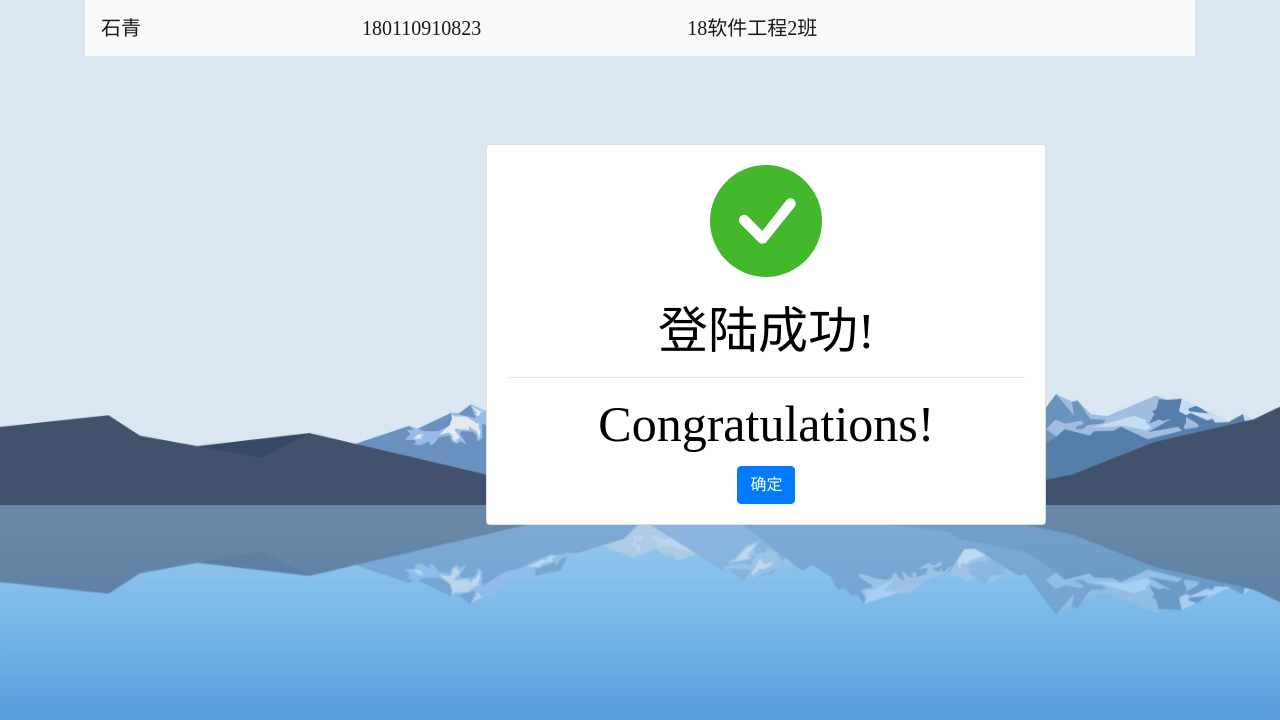
Repository: sqsssq/JavaWeb
Page: class1/IDEA/web/successful.html
An editor plug-in stored every save of this project. The page is shown before and after the next save, followed by the edit.
The browser window is 1280 px wide. The pictures show the whole page.

Above is the page before, as saved 2020-09-25 01:04:32.

### class1/IDEA/web/successful.html
<!--
 * @Author: your name
 * @Date: 2020-09-23 10:46:47
 * @LastEditTime: 2020-09-25 00:50:31
 * @LastEditors: Please set LastEditors
 * @Description: In User Settings Edit
 * @FilePath: \IDEA\web\successful.html
-->
<!DOCTYPE html>
<html lang="en">

<head>
    <meta charset="UTF-8">
    <meta name="viewport" content="width=device-width, initial-scale=1, shrink-to-fit=no">
    <link rel="stylesheet" href="https://cdn.jsdelivr.net/npm/bootstrap@4.5.0/dist/css/bootstrap.min.css"
        integrity="sha384-9aIt2nRpC12Uk9gS9baDl411NQApFmC26EwAOH8WgZl5MYYxFfc+NcPb1dKGj7Sk" crossorigin="anonymous">
    <script src="https://cdn.jsdelivr.net/npm/jquery@3.5.1/dist/jquery.slim.min.js"
        integrity="sha384-DfXdz2htPH0lsSSs5nCTpuj/zy4C+OGpamoFVy38MVBnE+IbbVYUew+OrCXaRkfj" crossorigin="anonymous">
    </script>
    <script src="https://cdn.jsdelivr.net/npm/popper.js@1.16.0/dist/umd/popper.min.js"
        integrity="sha384-Q6E9RHvbIyZFJoft+2mJbHaEWldlvI9IOYy5n3zV9zzTtmI3UksdQRVvoxMfooAo" crossorigin="anonymous">
    </script>
    <script src="https://cdn.jsdelivr.net/npm/bootstrap@4.5.0/dist/js/bootstrap.min.js"
        integrity="sha384-OgVRvuATP1z7JjHLkuOU7Xw704+h835Lr+6QL9UvYjZE3Ipu6Tp75j7Bh/kR0JKI" crossorigin="anonymous">
    </script>

    <title>Title</title>
    <style>
        html {
            height: 100%;
        }

        body {
            height: 100%;
            background-image: url("./img/bcg2.jpg");
            background-repeat: no-repeat;
            background-size: 100% 100%;
            background-position: center center;
        }
    </style>
</head>

<body>
    <div class="container" style="font-family: 华文行楷;">
        <nav class="navbar navbar-expand-lg navbar-light bg-light">
            <a class="navbar-brand" href="#">石青
                &nbsp;&nbsp;&nbsp;&nbsp;&nbsp;&nbsp;&nbsp;&nbsp;&nbsp;&nbsp;&nbsp;&nbsp;&nbsp;&nbsp;&nbsp;&nbsp;&nbsp;&nbsp;&nbsp;&nbsp;&nbsp;&nbsp;&nbsp;&nbsp;&nbsp;&nbsp;&nbsp;&nbsp;&nbsp;&nbsp;&nbsp;&nbsp;&nbsp;&nbsp;&nbsp;&nbsp;&nbsp;&nbsp;&nbsp;&nbsp;</a>
            <a class="navbar-brand"
                href="#">180110910823&nbsp;&nbsp;&nbsp;&nbsp;&nbsp;&nbsp;&nbsp;&nbsp;&nbsp;&nbsp;&nbsp;&nbsp;&nbsp;&nbsp;&nbsp;&nbsp;&nbsp;&nbsp;&nbsp;&nbsp;&nbsp;&nbsp;&nbsp;&nbsp;&nbsp;&nbsp;&nbsp;&nbsp;&nbsp;&nbsp;&nbsp;&nbsp;&nbsp;&nbsp;&nbsp;&nbsp;&nbsp;&nbsp;</a>
            <a class="navbar-brand" href="#">18软件工程2班</a>

        </nav>
        <form method="post" action="loginAction.jsp">

            <!--    <form>-->
            <div class="card"
                style="width: 35rem; position:absolute; left: 38%; float: left; top: 20%; background-color: white;">
                <div class="card-body" style="text-align: center;">

                    <!-- <img src="..." class="card-img-top" alt="..."> -->
                    <svg width="7em" height="7em" viewBox="0 0 16 16" class="bi bi-check-circle-fill"
                        fill="#44B82C" xmlns="http://www.w3.org/2000/svg">
                        <path fill-rule="evenodd"
                            d="M16 8A8 8 0 1 1 0 8a8 8 0 0 1 16 0zm-3.97-3.03a.75.75 0 0 0-1.08.022L7.477 9.417 5.384 7.323a.75.75 0 0 0-1.06 1.06L6.97 11.03a.75.75 0 0 0 1.079-.02l3.992-4.99a.75.75 0 0 0-.01-1.05z" />
                    </svg>
                    <br> <br>
                    <h3 class="card-title" style="color: black; font-size: 50px;">登陆成功!</h3>
                    <hr>
                    <h3 class="card-title" style="color: black; font-size: 50px;">Congratulations!</h3>
                    <input class="btn btn-primary" value="确定" id="btn1" type="submit">
                    <!--            <input  class="btn btn-success" value="注册" id="btn2" type="submit">-->
                    <!--            <button class="btn btn-block" id="btn">登陆</button>-->
                </div>
            </div>
        </form>
    </div>
</body>

</html>

After the next save:
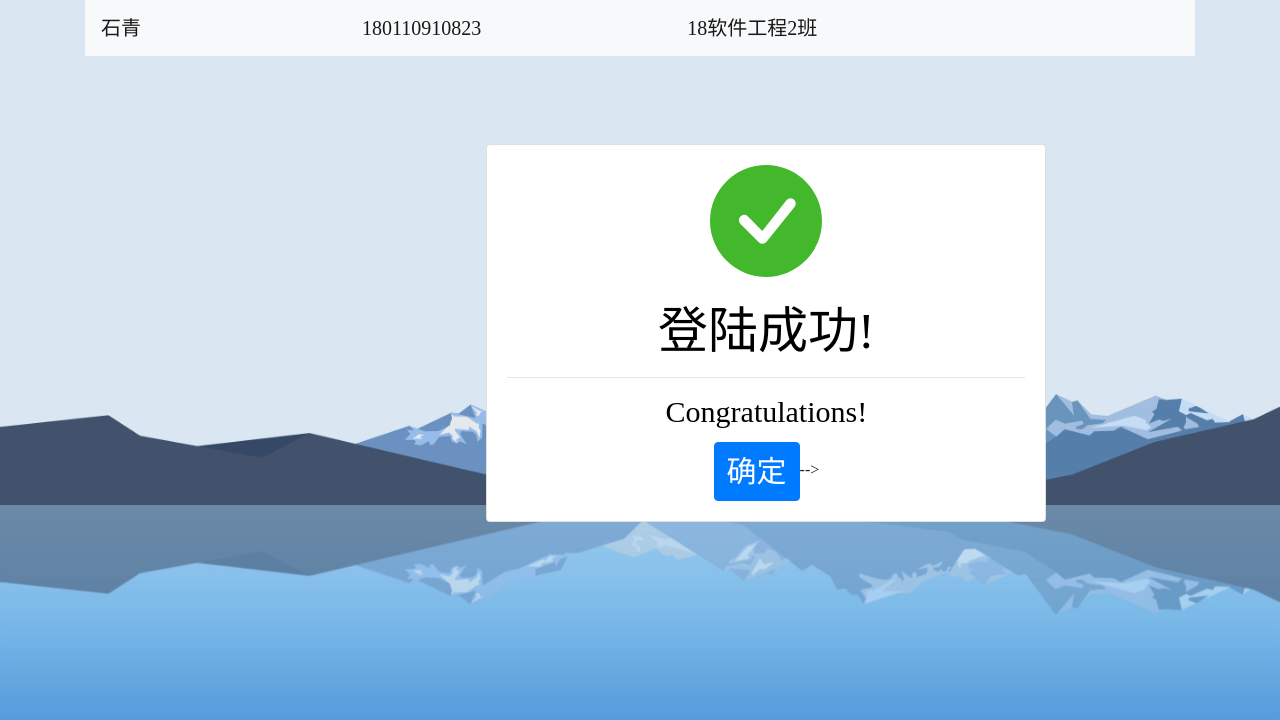
Saved 29 s later.
--- a/class1/IDEA/web/successful.html
+++ b/class1/IDEA/web/successful.html
@@ -66,8 +66,8 @@
                     <br> <br>
                     <h3 class="card-title" style="color: black; font-size: 50px;">登陆成功!</h3>
                     <hr>
-                    <h3 class="card-title" style="color: black; font-size: 50px;">Congratulations!</h3>
-                    <input class="btn btn-primary" value="确定" id="btn1" type="submit">
+                    <h3 class="card-title" style="color: black; font-size: 30px;">Congratulations!</h3>
+                    <input class="btn btn-primary" value="确定" id="btn1" type="submit" style="font-size: 30px;>
                     <!--            <input  class="btn btn-success" value="注册" id="btn2" type="submit">-->
                     <!--            <button class="btn btn-block" id="btn">登陆</button>-->
                 </div>
